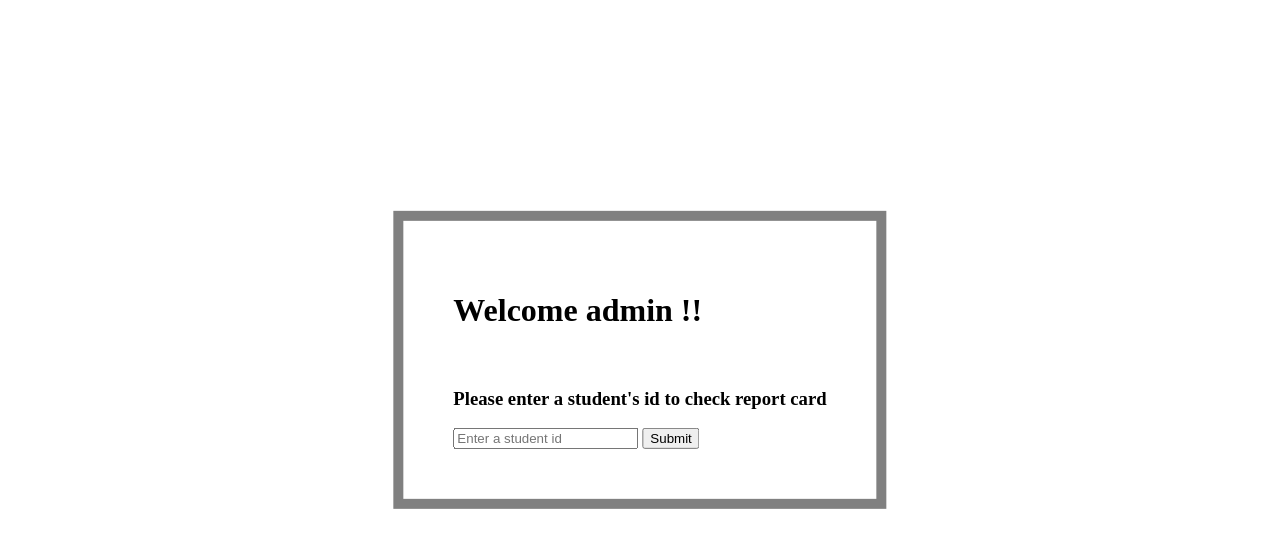
Repository: MriOj/OnlineExamPortal
Page: http://localhost/ExamPortal/admlogin.jsp
The author's editor kept a copy of each file at every save. The page is drawn from the files as they stood at one save, then again after the next save.
The browser window is 1280 px wide. The pictures show the whole page.
The page is served by Tomcat 9. Other server files are loaded and not shown.

Above is the page before, as saved 2021-09-07 06:16:29.

### ExamPortal/src/main/webapp/admlogin.jsp
<%@ page language="java" contentType="text/html; charset=ISO-8859-1"
    pageEncoding="ISO-8859-1"%>
<!DOCTYPE html>
<html>
<head>
<meta charset="ISO-8859-1">
<title>Admin</title>
<style>
.center {
position: absolute;
left: 50%;
top: 50%;
transform: translate(-50%, -50%);
border: 10px solid grey;
padding: 50px;
}
</style>
</head>
<body>
<div class="center">

  <h1>Welcome admin !!</h1> <br>
  <h3> Please enter a student's id to check report card </h3>
  <form action="reportcard" method="post">
  <input type="number" placeholder="Enter a student id" name="userid">
  <input type="submit">
  </form>

</div>
</body>
</html>

After the next save:
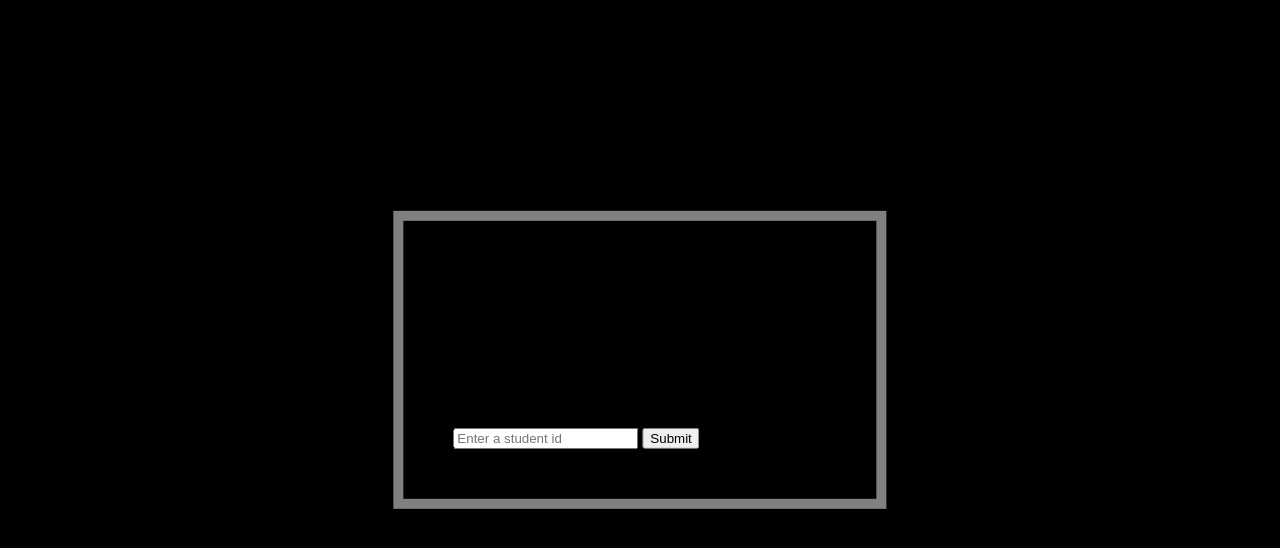
Saved 3 h 57 min later.
--- a/ExamPortal/src/main/webapp/admlogin.jsp
+++ b/ExamPortal/src/main/webapp/admlogin.jsp
@@ -14,6 +14,78 @@ transform: translate(-50%, -50%);
 border: 10px solid grey;
 padding: 50px;
 }
+html,
+body {
+    margin: 0;
+    padding: 0;
+    width: 100%;
+    height: 100vh;
+    display: flex;
+    flex-direction: row;
+    justify-content: center;
+    align-items: center;
+    background: #000;
+}
+
+.glow-on-hover {
+    width: 220px;
+    height: 50px;
+    border: none;
+    outline: none;
+    color: #fff;
+    background: #111;
+    cursor: pointer;
+    position: relative;
+    z-index: 0;
+    border-radius: 10px;
+}
+
+.glow-on-hover:before {
+    content: '';
+    background: linear-gradient(45deg, #ff0000, #ff7300, #fffb00, #48ff00, #00ffd5, #002bff, #7a00ff, #ff00c8, #ff0000);
+    position: absolute;
+    top: -2px;
+    left:-2px;
+    background-size: 400%;
+    z-index: -1;
+    filter: blur(5px);
+    width: calc(100% + 4px);
+    height: calc(100% + 4px);
+    animation: glowing 20s linear infinite;
+    opacity: 0;
+    transition: opacity .3s ease-in-out;
+    border-radius: 10px;
+}
+
+.glow-on-hover:active {
+    color: #000
+}
+
+.glow-on-hover:active:after {
+    background: transparent;
+}
+
+.glow-on-hover:hover:before {
+    opacity: 1;
+}
+
+.glow-on-hover:after {
+    z-index: -1;
+    content: '';
+    position: absolute;
+    width: 100%;
+    height: 100%;
+    background: #111;
+    left: 0;
+    top: 0;
+    border-radius: 10px;
+}
+
+@keyframes glowing {
+    0% { background-position: 0 0; }
+    50% { background-position: 400% 0; }
+    100% { background-position: 0 0; }
+}
 </style>
 </head>
 <body>
